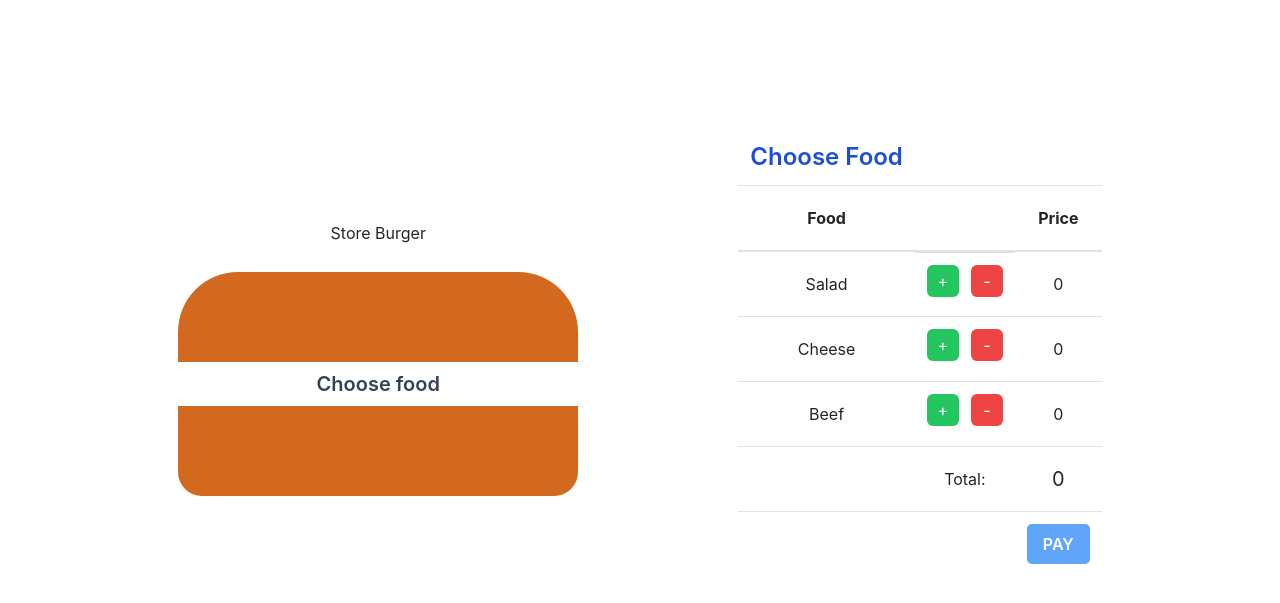
Repository: baobaodeveloper/bootcamp21_HuynhAnhBao_Burger
Page: /
The author's editor kept a copy of each file at every save. The page is drawn from the files as they stood at one save, then again after the next save.
The browser window is 1280 px wide. The pictures show the whole page.
The project was rebuilt for these pictures with package versions that can differ from the ones it lists, and the page was loaded fresh each time. Also part of the build but not shown: vite.config.js.

Above is the page before, as saved 2022-05-15 19:14:10.

After the next save:
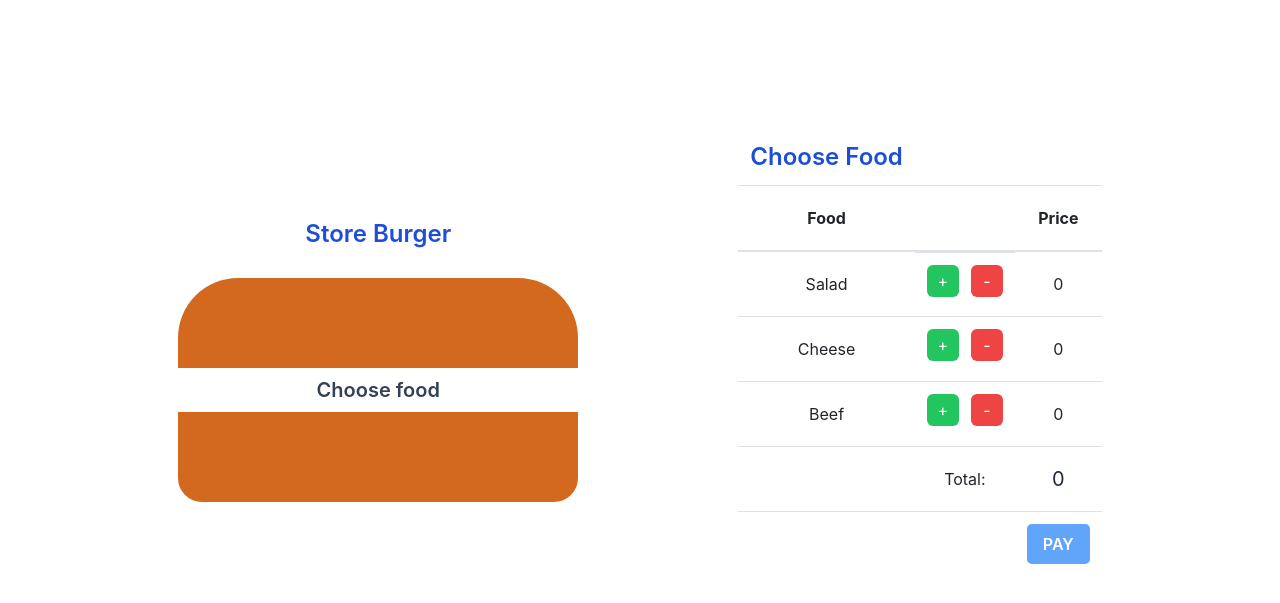
Saved 45 s later.
--- a/src/components/dataBuger/Burger.jsx
+++ b/src/components/dataBuger/Burger.jsx
@@ -22,7 +22,9 @@ export default function Burger() {
     <div>
       <div className="flex items-center gap-x-40  w-screen h-screen mx-auto justify-center">
         <div className="flex flex-col justify-center items-center gap-y-2 w-[400px]">
-          <h2 className="mb-20">Store Burger</h2>
+          <h2 className="text-blue-700 text-2xl font-semibold mb-20">
+            Store Burger
+          </h2>
           <div className="bg-[#D2691E] w-full h-[30px] relative">
             <div className="bg-[#D2691E] w-full h-[60px] absolute top-0 left-0 -translate-y-[60px] rounded-tl-full rounded-tr-full"></div>
           </div>
